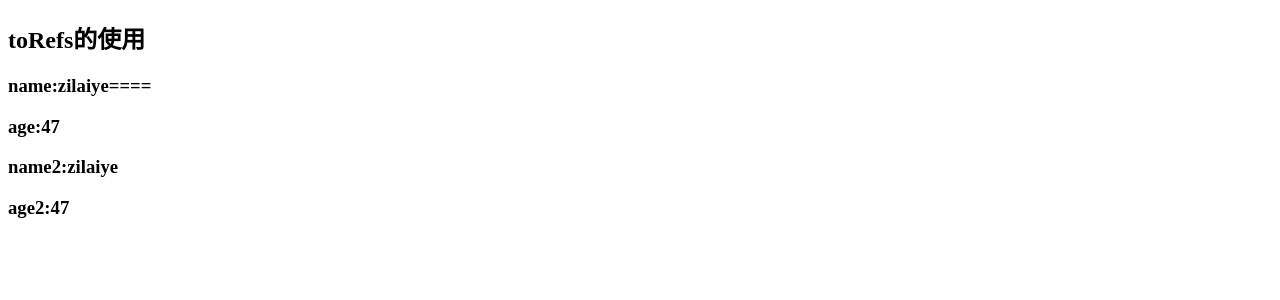
Repository: zhuhongxiang/Vue3.0-TSLeaning
Page: / (app in 04_Vue3/vue3_learning/)
An editor plug-in stored every save of this project. The page is shown before and after the next save, followed by the edit.
The browser window is 1280 px wide. The pictures show the whole page.
The project was rebuilt for these pictures with package versions that can differ from the ones it lists, and the page was loaded fresh each time.

Above is the page before, as saved 2021-07-26 17:05:55.

### 04_Vue3/vue3_learning/src/main.ts
// 程序的主入口文件，ts文件，是main.ts
// 引入createApp函数，创建对应的应用产生应用的实例对象
import { createApp } from 'vue'
// 引入App组件（所有组件的父级组件）
import App from './App.vue'
// 创建App应用返回对应的实例对象，调用mount方法进行挂载
createApp(App).mount('#app')

### 04_Vue3/vue3_learning/src/App.vue
<template>
  <h2>toRefs的使用</h2>
  <!-- <h3>name:{{ state.name }}</h3>
  <h3>age:{{ state.age }}</h3> -->

  <h3>name:{{ name }}</h3>
  <h3>age:{{ age }}</h3>

  <h3>name2:{{ name2 }}</h3>
  <h3>age2:{{ age2 }}</h3>
</template>

<script lang='ts'>
import { defineComponent, reactive, toRefs } from "vue";

function userFeatureX() {
  const state = reactive({
    name2: "zilaiye",
    age2: 47,
  });
  return {
    ...toRefs(state),
  };
}
export default defineComponent({
  name: "App",
  props: {},
  components: {},
  setup() {
    const state = reactive({
      name: "zilaiye",
      age: 47,
    });
    // toRefs把一个响应式对象转换成普通对象，该普通对象的每个 property 都是一个 ref
    // const state2 = toRefs(state);
    const { name, age } = toRefs(state);
    // console.log(state2);
    // 定时器，更新数据(如果数据变化了，界面也会随之变化，肯定是响应式的数据)
    setInterval(() => {
      // state.name += "==";
      name.value += "==";
      console.log("=====");
    }, 2000);

    const { name2, age2 } = userFeatureX();
    return {
      //state,
      // 下面的方式不行啊
      // ...state,// 不是响应式的数据了---->{name:'zilaiye',age:47}
      // ...state2,
      name,
      age,
      name2,
      age2,
    };
  },
});
</script>

<style scoped>
</style>

Loaded but not shown: 04_Vue3/vue3_learning/public/index.html (common file)

After the next save:
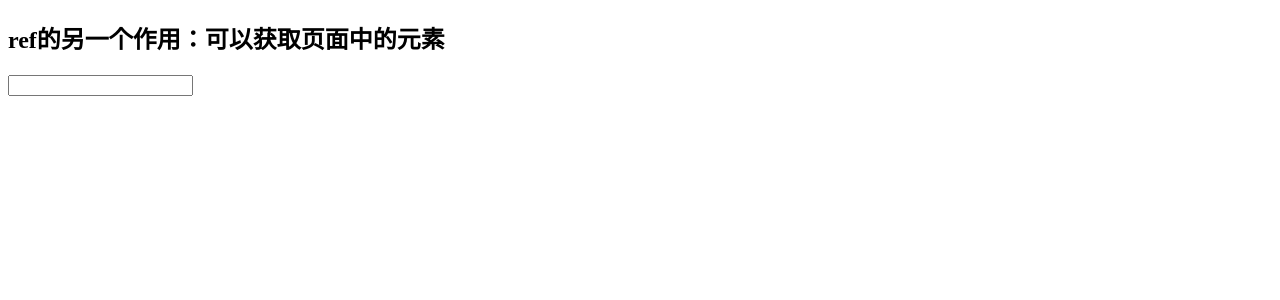
Saved 2 min 43 s later.
--- a/04_Vue3/vue3_learning/src/App.vue
+++ b/04_Vue3/vue3_learning/src/App.vue
@@ -1,58 +1,17 @@
 <template>
-  <h2>toRefs的使用</h2>
-  <!-- <h3>name:{{ state.name }}</h3>
-  <h3>age:{{ state.age }}</h3> -->
-
-  <h3>name:{{ name }}</h3>
-  <h3>age:{{ age }}</h3>
-
-  <h3>name2:{{ name2 }}</h3>
-  <h3>age2:{{ age2 }}</h3>
+  <h2>ref的另一个作用：可以获取页面中的元素</h2>
+  <input type="text" />
 </template>
 
 <script lang='ts'>
-import { defineComponent, reactive, toRefs } from "vue";
-
-function userFeatureX() {
-  const state = reactive({
-    name2: "zilaiye",
-    age2: 47,
-  });
-  return {
-    ...toRefs(state),
-  };
-}
+import { defineComponent, reactive } from "vue";
 export default defineComponent({
   name: "App",
   props: {},
   components: {},
+  // 需求：当页面加载完毕后，页面中的文本框可以直接获取焦点()
   setup() {
-    const state = reactive({
-      name: "zilaiye",
-      age: 47,
-    });
-    // toRefs把一个响应式对象转换成普通对象，该普通对象的每个 property 都是一个 ref
-    // const state2 = toRefs(state);
-    const { name, age } = toRefs(state);
-    // console.log(state2);
-    // 定时器，更新数据(如果数据变化了，界面也会随之变化，肯定是响应式的数据)
-    setInterval(() => {
-      // state.name += "==";
-      name.value += "==";
-      console.log("=====");
-    }, 2000);
-
-    const { name2, age2 } = userFeatureX();
-    return {
-      //state,
-      // 下面的方式不行啊
-      // ...state,// 不是响应式的数据了---->{name:'zilaiye',age:47}
-      // ...state2,
-      name,
-      age,
-      name2,
-      age2,
-    };
+    return {};
   },
 });
 </script>
